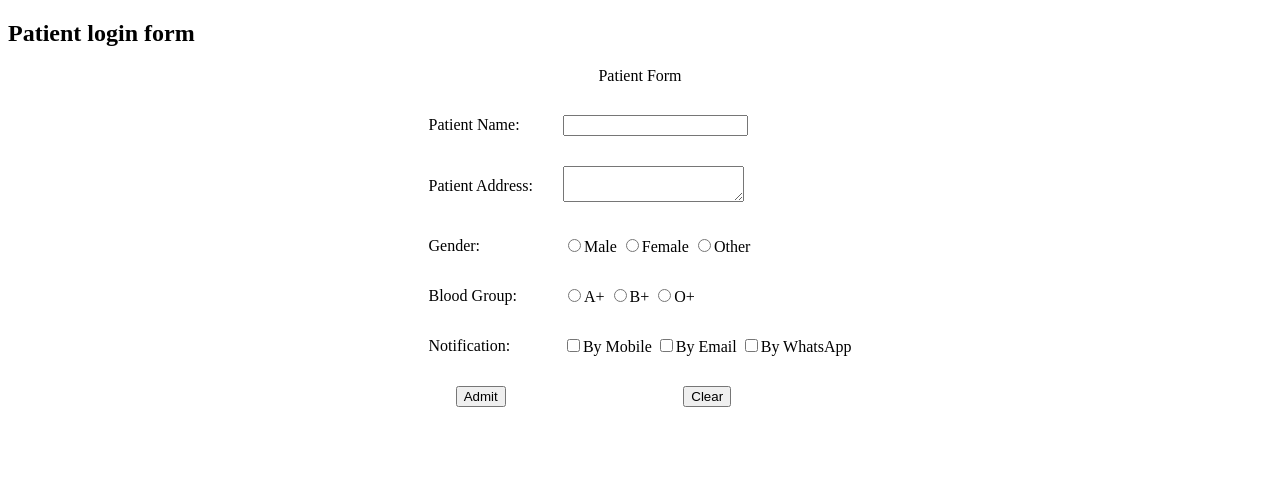
Repository: abhishek110597/Deloitte
Page: Workspace/JavaTraining/patientDetailsForm.html
These files come from the project's save history. The page is drawn as it stood at one moment and after the next save; the edit follows.
The browser window is 1280 px wide. The pictures show the whole page.

Above is the page before, as saved 2019-12-28 06:01:24.

After the next save:
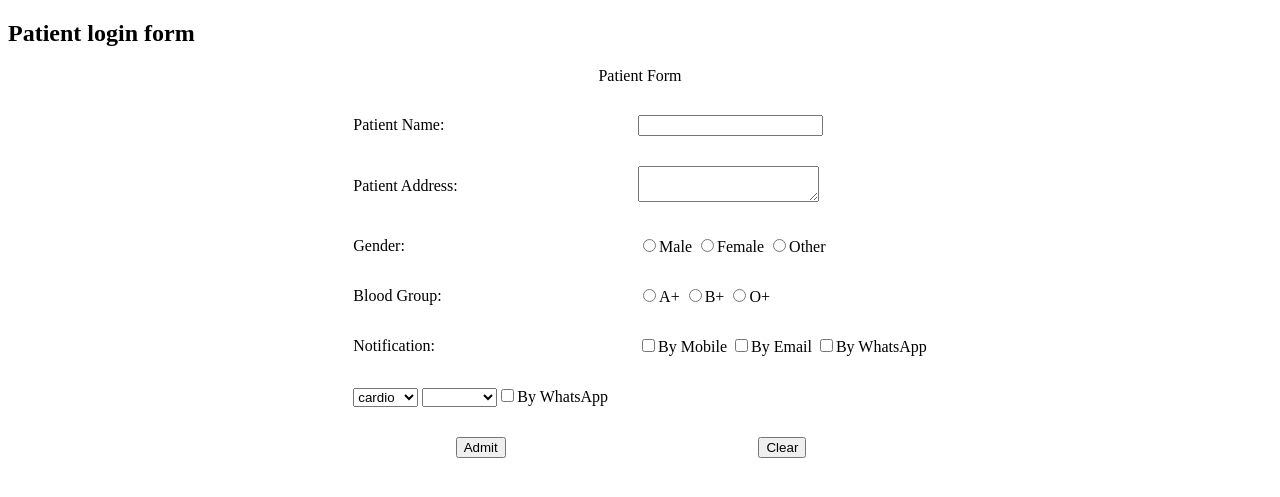
Saved 8 min 8 s later.
--- a/Workspace/JavaTraining/patientDetailsForm.html
+++ b/Workspace/JavaTraining/patientDetailsForm.html
@@ -28,19 +28,40 @@
 			</tr>
 			<tr>
 				<td>Blood Group:</td>
-				<td><input type="radio" value="A+" name="BG" id="bg1" />A+
-					<input type="radio" value="B+" name="BG" id="bg2" />B+
-					<input type="radio" value="O+" name="BG" id="bg3" />O+</td>
+				<td><input type="radio" value="A+" name="BG" id="bg1" />A+ <input
+					type="radio" value="B+" name="BG" id="bg2" />B+ <input
+					type="radio" value="O+" name="BG" id="bg3" />O+</td>
 			</tr>
 			<tr>
 				<td>Notification:</td>
-				<td><input type="checkbox" value="byMobile" name="notification" id="mobile" />By Mobile
-					<input type="checkbox" value="byEmail" name="notification" id="email" />By Email
-					<input type="checkbox" value="byWhatsapp" name="notification" id="notification" />By WhatsApp</td>
+				<td><input type="checkbox" value="byMobile" name="notification"
+					id="mobile" />By Mobile <input type="checkbox" value="byEmail"
+					name="notification" id="email" />By Email <input type="checkbox"
+					value="byWhatsapp" name="notification" id="notification" />By
+					WhatsApp</td>
 			</tr>
 			<tr>
-				<td align="center"><input type="submit" value="Admit" id="submit" /></td>
-					<td align="center"><input type="reset" value="Clear" id="reset" /></td>
+				<td>
+				<select name ="dept" id="dept">
+					<option>cardio</option>
+					<option>dermo</option>
+					<option>pyscho</option>
+					<option>dental</option>
+				</select>
+
+				<select>
+				<option "Cardiology" name="department"id="department">
+				<option "Dermatology" value="byEmail"
+					name="notification" id="email" />By Email <input type="checkbox"
+					value="byWhatsapp" name="notification" id="notification" />By
+					WhatsApp</td>
+
+				</td>
+			</tr>
+			<tr>
+				<td align="center"><input type="submit" value="Admit"
+					id="submit" /></td>
+				<td align="center"><input type="reset" value="Clear" id="reset" /></td>
 			</tr>
 		</table>
 	</form>
